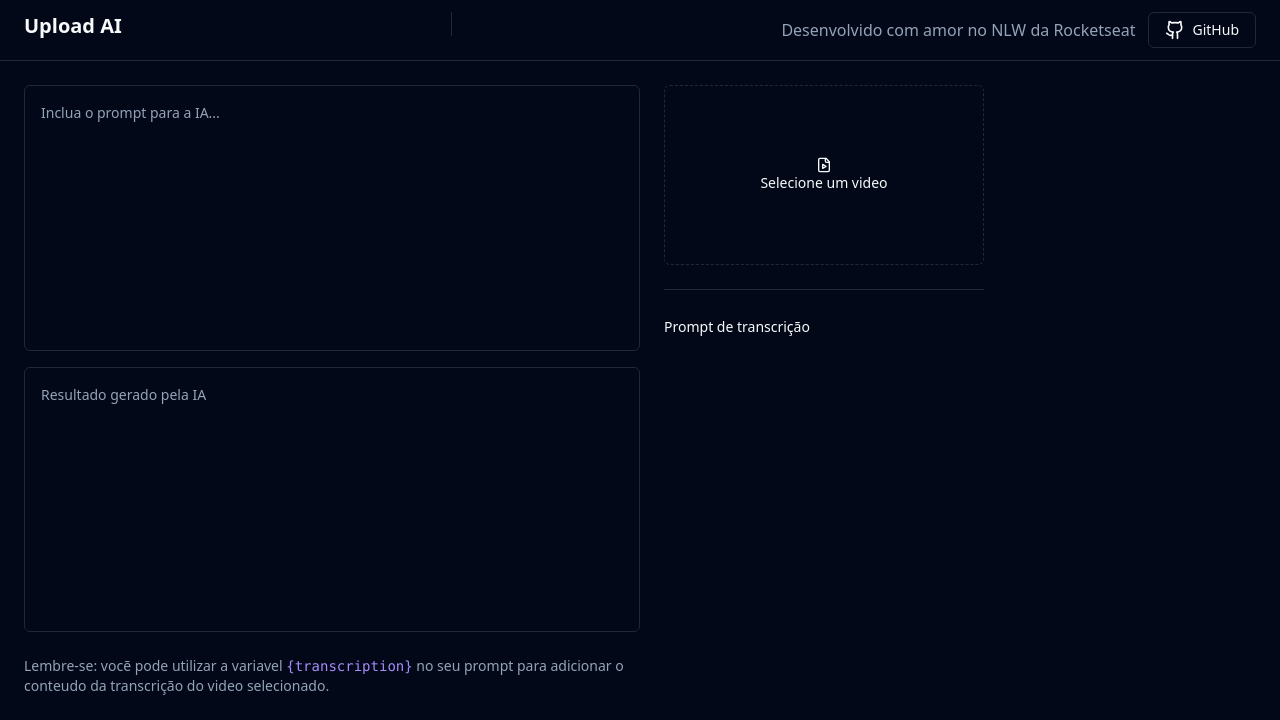
Repository: brksaian/nlw-2023-IA
Page: /
The author's editor kept a copy of each file at every save. The page is drawn from the files as they stood at one save, then again after the next save.
The browser window is 1280 px wide. The pictures show the whole page.
The project was rebuilt for these pictures with package versions that can differ from the ones it lists, and the page was loaded fresh each time. Also part of the build but not shown: vite.config.ts.

Above is the page before, as saved 2023-09-12 22:31:36.

### index.html
<!DOCTYPE html>
<html lang="en">
  <head>
    <meta charset="UTF-8" />
    <meta name="viewport" content="width=device-width, initial-scale=1.0" />
    <title>Upload AI</title>
  </head>
  <body>
    <div id="root"></div>
    <script type="module" src="/src/main.tsx"></script>
  </body>
</html>

### src/App.tsx
import { Button } from "./components/ui/button";
import { Github, FileVideo } from "lucide-react";
import { Separator } from "./components/ui/separator";
import { Textarea } from "./components/ui/textarea";
import { Label } from "./components/ui/label";

export function App() {
  return (
    <div className="min-h-screen flex flex-col">
      <div className="px-6 py-3 flex item-center justify-between border-b">
        <h1 className="text-xl font-bold">Upload AI</h1>

        <Separator orientation="vertical" className="h-6" />

        <div className="flex items-center gap-3">
          <span className="text-small text-muted-foreground">
            Desenvolvido com amor no NLW da Rocketseat
          </span>
          <Button variant="outline">
            <Github className="w-5 h-5 mr-2" />
            GitHub
          </Button>
        </div>
      </div>
      <main className="flex-1 p-6 flex gap-6">
        <div className="flex flex-col gap-6 w-1/2">
          <div className="grid grid-rows-2 gap-4 flex-1">
            <Textarea
              placeholder="Inclua o prompt para a IA..."
              className="resize-none p-4 leading-relaxed"
            />
            <Textarea
              placeholder="Resultado gerado pela IA"
              className="resize-none p-4 leading-relaxed"
              readOnly
            />
          </div>
          <p className="text-sm text-muted-foreground">
            Lembre-se: vocẽ pode utilizar a variavel{" "}
            <code className="text-violet-400">{"{transcription}"}</code> no seu
            prompt para adicionar o conteudo da transcrição do video
            selecionado.
          </p>
        </div>
        <aside className="w-80 space-y-6">
          <form className="space-y-6">
            <label
              htmlFor="video"
              className="border flex rounded-md aspect-video cursor-pointer border-dashed text-sm flex-col items-center justify-center texte-muted-foreground hover:bg-primary/5"
            >
              <FileVideo className="w-4 h-4" />
              Selecione um video
            </label>
            <input
              type="file"
              name="video"
              id="video"
              className="sr-only"
              accept="video/mp4"
            />

            <Separator />

            <div className="space-y-1">
              <Label htmlFor="transcription-prompt">
                Prompt de transcrição
              </Label>
            </div>
          </form>
        </aside>
      </main>
    </div>
  );
}

### src/index.css
@tailwind base;
@tailwind components;
@tailwind utilities;

@layer base {
  :root {
    --background: 222.2 84% 4.9%;
    --foreground: 210 40% 98%;
    --card: 222.2 84% 4.9%;
    --card-foreground: 210 40% 98%;
    --popover: 222.2 84% 4.9%;
    --popover-foreground: 210 40% 98%;
    --primary: 217.2 91.2% 59.8%;
    --primary-foreground: 222.2 47.4% 11.2%;
    --secondary: 217.2 32.6% 17.5%;
    --secondary-foreground: 210 40% 98%;
    --muted: 217.2 32.6% 17.5%;
    --muted-foreground: 215 20.2% 65.1%;
    --accent: 217.2 32.6% 17.5%;
    --accent-foreground: 210 40% 98%;
    --destructive: 0 62.8% 30.6%;
    --destructive-foreground: 210 40% 98%;
    --border: 217.2 32.6% 17.5%;
    --input: 217.2 32.6% 17.5%;
    --ring: 224.3 76.3% 48%;

    --radius: 0.5rem;
  }
}

@layer base {
  * {
    @apply border-border;
  }
  body {
    @apply bg-background text-foreground;
  }
}

### src/components/ui/button.tsx
import * as React from "react"
import { Slot } from "@radix-ui/react-slot"
import { cva, type VariantProps } from "class-variance-authority"

import { cn } from "@/lib/utils"

const buttonVariants = cva(
  "inline-flex items-center justify-center rounded-md text-sm font-medium transition-colors focus-visible:outline-none focus-visible:ring-1 focus-visible:ring-ring disabled:pointer-events-none disabled:opacity-50",
  {
    variants: {
      variant: {
        default:
          "bg-primary text-primary-foreground shadow hover:bg-primary/90",
        destructive:
          "bg-destructive text-destructive-foreground shadow-sm hover:bg-destructive/90",
        outline:
          "border border-input bg-transparent shadow-sm hover:bg-accent hover:text-accent-foreground",
        secondary:
          "bg-secondary text-secondary-foreground shadow-sm hover:bg-secondary/80",
        ghost: "hover:bg-accent hover:text-accent-foreground",
        link: "text-primary underline-offset-4 hover:underline",
      },
      size: {
        default: "h-9 px-4 py-2",
        sm: "h-8 rounded-md px-3 text-xs",
        lg: "h-10 rounded-md px-8",
        icon: "h-9 w-9",
      },
    },
    defaultVariants: {
      variant: "default",
      size: "default",
    },
  }
)

export interface ButtonProps
  extends React.ButtonHTMLAttributes<HTMLButtonElement>,
    VariantProps<typeof buttonVariants> {
  asChild?: boolean
}

const Button = React.forwardRef<HTMLButtonElement, ButtonProps>(
  ({ className, variant, size, asChild = false, ...props }, ref) => {
    const Comp = asChild ? Slot : "button"
    return (
      <Comp
        className={cn(buttonVariants({ variant, size, className }))}
        ref={ref}
        {...props}
      />
    )
  }
)
Button.displayName = "Button"

export { Button, buttonVariants }

### src/components/ui/separator.tsx
import * as React from "react"
import * as SeparatorPrimitive from "@radix-ui/react-separator"

import { cn } from "@/lib/utils"

const Separator = React.forwardRef<
  React.ElementRef<typeof SeparatorPrimitive.Root>,
  React.ComponentPropsWithoutRef<typeof SeparatorPrimitive.Root>
>(
  (
    { className, orientation = "horizontal", decorative = true, ...props },
    ref
  ) => (
    <SeparatorPrimitive.Root
      ref={ref}
      decorative={decorative}
      orientation={orientation}
      className={cn(
        "shrink-0 bg-border",
        orientation === "horizontal" ? "h-[1px] w-full" : "h-full w-[1px]",
        className
      )}
      {...props}
    />
  )
)
Separator.displayName = SeparatorPrimitive.Root.displayName

export { Separator }

### src/components/ui/textarea.tsx
import * as React from "react"

import { cn } from "@/lib/utils"

export interface TextareaProps
  extends React.TextareaHTMLAttributes<HTMLTextAreaElement> {}

const Textarea = React.forwardRef<HTMLTextAreaElement, TextareaProps>(
  ({ className, ...props }, ref) => {
    return (
      <textarea
        className={cn(
          "flex min-h-[60px] w-full rounded-md border border-input bg-transparent px-3 py-2 text-sm shadow-sm placeholder:text-muted-foreground focus-visible:outline-none focus-visible:ring-1 focus-visible:ring-ring disabled:cursor-not-allowed disabled:opacity-50",
          className
        )}
        ref={ref}
        {...props}
      />
    )
  }
)
Textarea.displayName = "Textarea"

export { Textarea }

### src/components/ui/label.tsx
import * as React from "react"
import * as LabelPrimitive from "@radix-ui/react-label"
import { cva, type VariantProps } from "class-variance-authority"

import { cn } from "@/lib/utils"

const labelVariants = cva(
  "text-sm font-medium leading-none peer-disabled:cursor-not-allowed peer-disabled:opacity-70"
)

const Label = React.forwardRef<
  React.ElementRef<typeof LabelPrimitive.Root>,
  React.ComponentPropsWithoutRef<typeof LabelPrimitive.Root> &
    VariantProps<typeof labelVariants>
>(({ className, ...props }, ref) => (
  <LabelPrimitive.Root
    ref={ref}
    className={cn(labelVariants(), className)}
    {...props}
  />
))
Label.displayName = LabelPrimitive.Root.displayName

export { Label }

Loaded but not shown: src/main.tsx (common file); src/lib/utils.ts (common file); tailwind.config.js (common file)

After the next save:
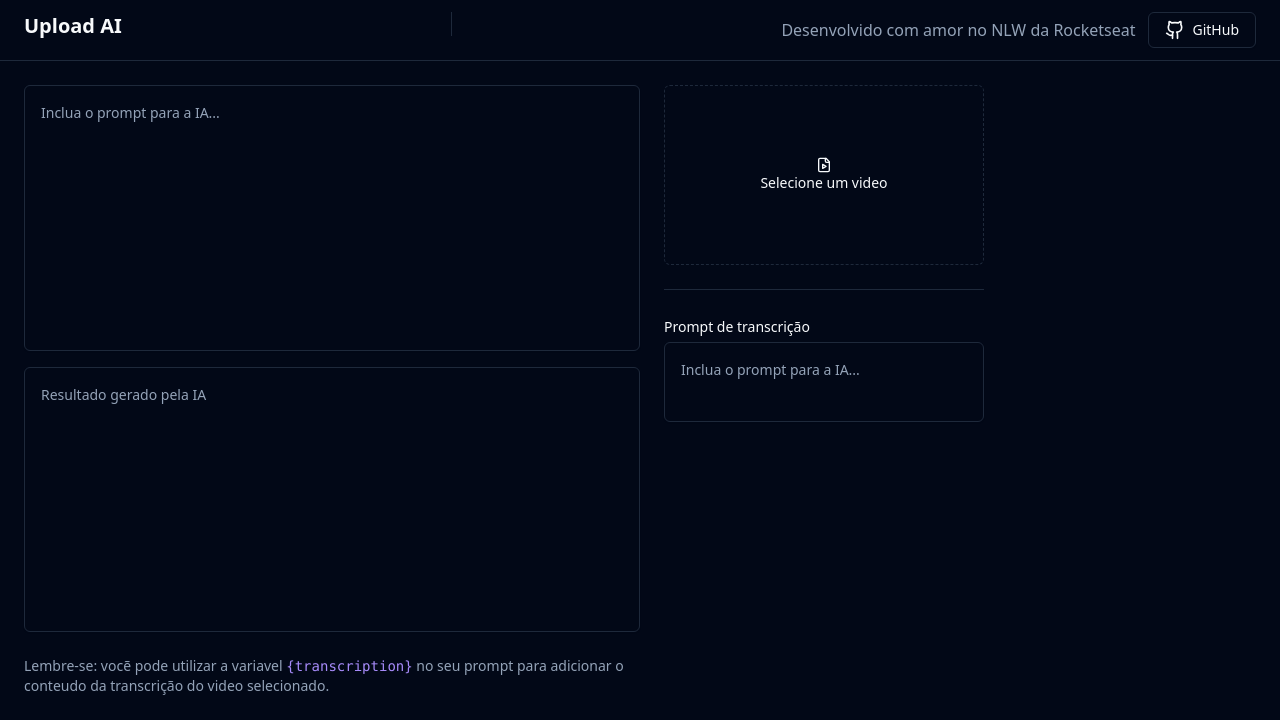
Saved 25 s later.
--- a/src/App.tsx
+++ b/src/App.tsx
@@ -65,6 +65,11 @@ export function App() {
               <Label htmlFor="transcription-prompt">
                 Prompt de transcrição
               </Label>
+              <Textarea
+                id="transcription-prompt"
+                placeholder="Inclua o prompt para a IA..."
+                className="resize-none p-4 leading-relaxed"
+              />
             </div>
           </form>
         </aside>
